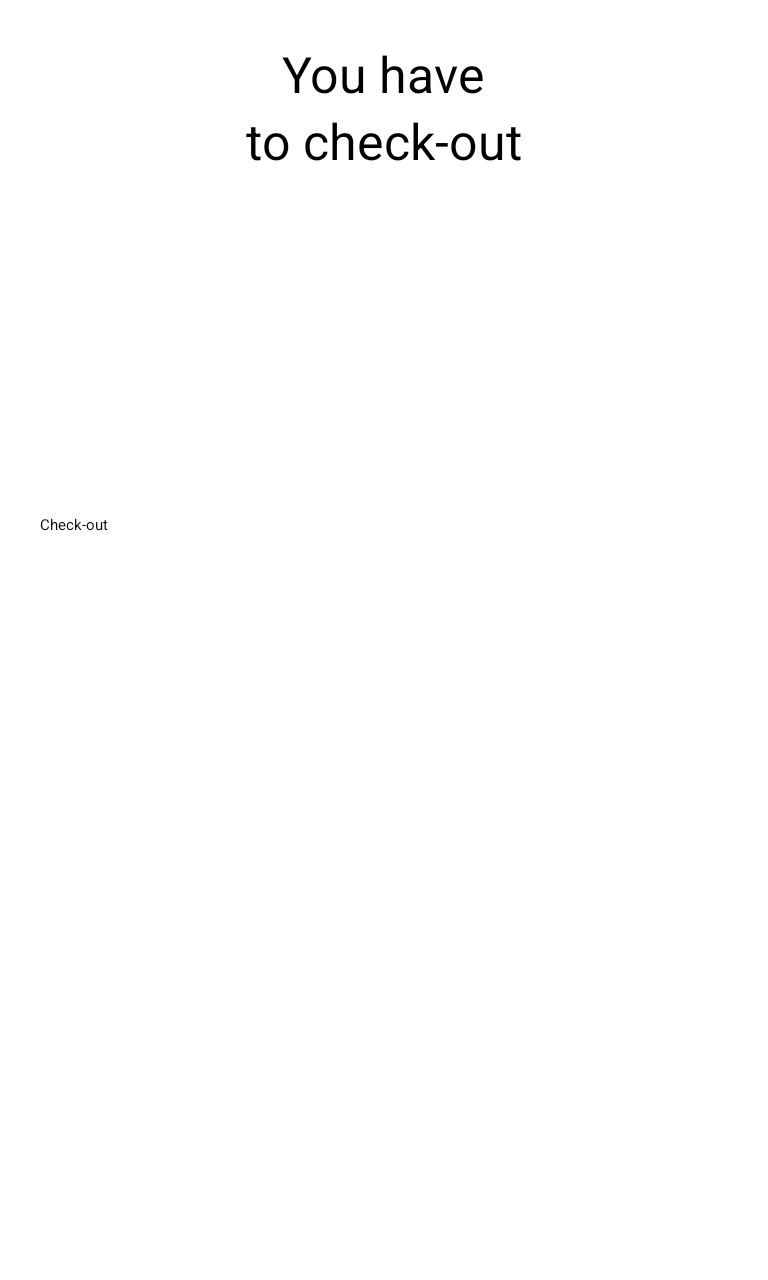
Repository: leo195162839/Test-Repo
Layout: TravelGuardian/res/layout/fragment_time_left.xml
The author's editor kept a copy of each file at every save. The layout is drawn from the files as they stood at one save, then again after the next save.
It is drawn on a 768 x 1280 px phone screen (xhdpi) without system bars, with theme Theme.Base.AppCompat; the app's code is not run.

Above is the layout before, as saved 2014-06-15 15:18:05.

After the next save:
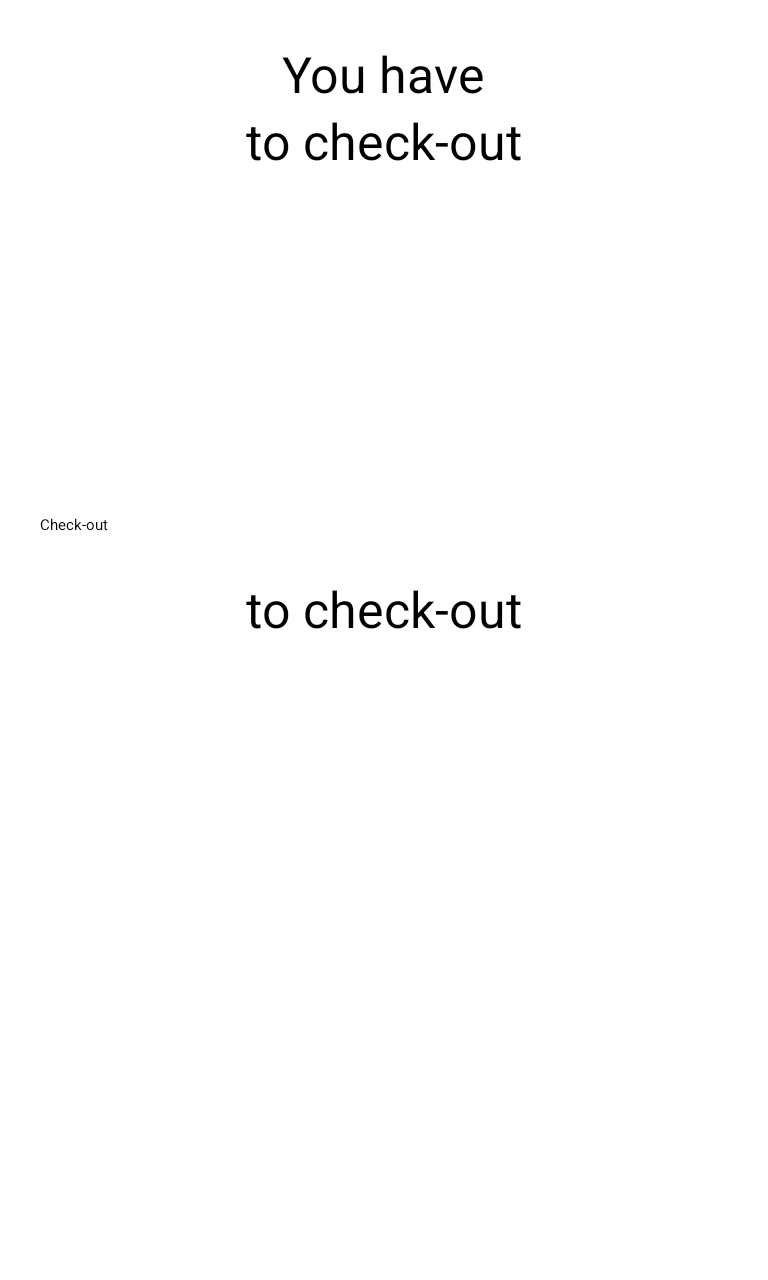
Saved 50 s later.
--- a/TravelGuardian/res/layout/fragment_time_left.xml
+++ b/TravelGuardian/res/layout/fragment_time_left.xml
@@ -29,12 +29,18 @@
         android:paddingBottom="100sp"
         android:text="@string/button_checkout" />
 
+    <TextView
+        android:id="@+id/time_left_content2"
+        android:layout_width="wrap_content"
+        android:layout_height="wrap_content"
+        android:layout_gravity="center"
+        android:textSize="25sp"
+        android:text="@string/count_time_left2" />
+
     <ProgressBar
         android:id="@+id/progressBar1"
         style="?android:attr/progressBarStyleHorizontal"
         android:layout_width="fill_parent"
-        android:layout_height="wrap_content"
-        android:layout_gravity="bottom"
-         />
+        android:layout_height="wrap_content" />
 
 </LinearLayout>
